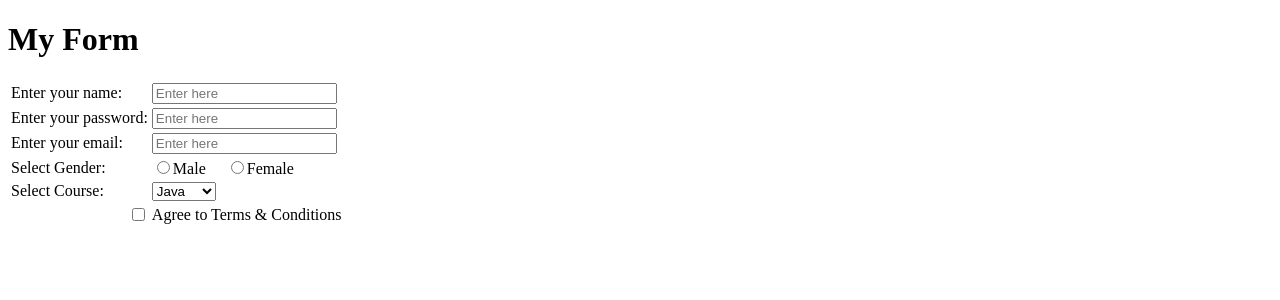
Repository: riddhiwho/Eclipse-Projects
Page: PracticeForm/src/main/webapp/index.html
The author's editor kept a copy of each file at every save. The page is drawn from the files as they stood at one save, then again after the next save.
The browser window is 1280 px wide. The pictures show the whole page.

Above is the page before, as saved 2021-06-03 10:20:17.

### PracticeForm/src/main/webapp/index.html
<!DOCTYPE html>
<html>
<head>
<meta charset="UTF-8">
<title>Form Page</title>
</head>
<body>
	<div class=container>
		<h1>My Form</h1>
		<form action="RegisterServlet" method="post">
			<table>
				<tr>
					<td>Enter your name:</td>
					<td> <input type="text" name="user_name" placeholder="Enter here"/> </td>
				</tr>
				<tr>
					<td>Enter your password:</td>
					<td> <input type="password" name="user_password" placeholder="Enter here"/> </td>
				</tr>
				<tr>
					<td>Enter your email:</td>
					<td> <input type="email" name="user_email" placeholder="Enter here"/> </td>
				</tr>
				<tr>
					<td>Select Gender:</td>
					<td> <input type="radio" name="user_gender" value="male">Male &nbsp; &nbsp; <input type="radio" name="user_gender" value="female">Female</td>
				</tr>
				<tr>
					<td>Select Course:</td>
					<td>
						<select name="user_course">
							<option value="Java">Java</option>
							<option value="Go">Go</option>
							<option value="Rust">Rust</option>
							<option value="Python">Python</option>
						</select>
					</td>
				</tr>
				<tr>
					<td style="text-align: right;">
						<input type="checkbox" value="checked" name="condition" />
					</td>
					<td>Agree to Terms & Conditions</td>
				</tr>
			</table>

		</form>
	</div>
</body>
</html>

After the next save:
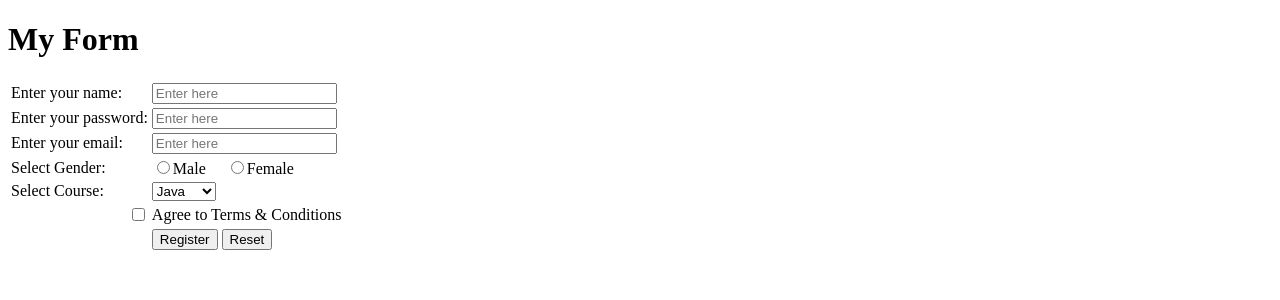
Saved 2 min 1 s later.
--- a/PracticeForm/src/main/webapp/index.html
+++ b/PracticeForm/src/main/webapp/index.html
@@ -42,6 +42,13 @@
 					</td>
 					<td>Agree to Terms & Conditions</td>
 				</tr>
+				<tr>
+					<td></td>
+					<td>
+						<button type="submit">Register</button>
+						<button type="reset">Reset</button>
+					</td>
+				</tr>
 			</table>
 
 		</form>
